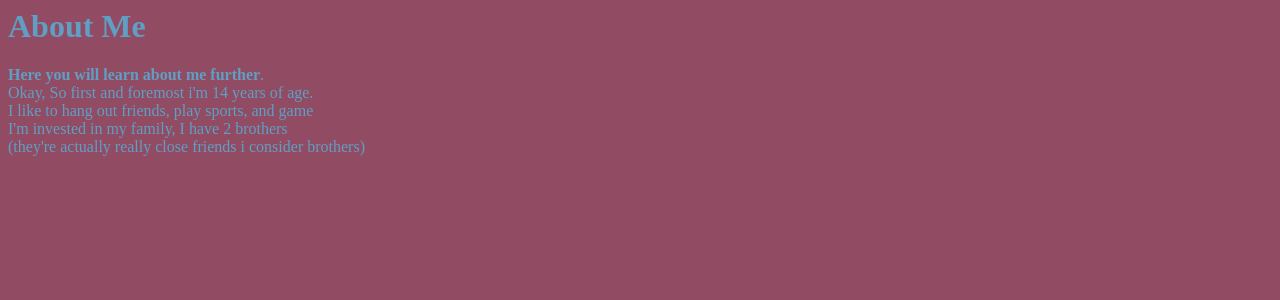
Repository: RyanGutierrez/RyanGutierrez.github.io
Page: about.html
The author's editor kept a record of every edit. The page is drawn from the files as they stood at one moment, then again after the next edit.
The browser window is 1280 px wide. The pictures show the whole page.

Above is the page before.

After the next edit:
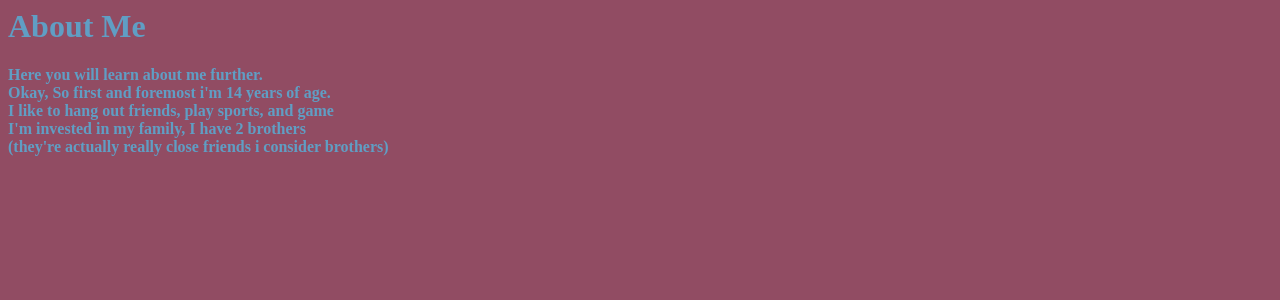
The edit:
--- a/about.html
+++ b/about.html
@@ -18,7 +18,7 @@
     </head>
     <body>
         <h1>About Me</h1>
-        <p><strong>Here you will learn about me further</strong>.<br>
+        <p><strong>Here you will learn about me further.<br>
         Okay, So first and foremost i'm 14 years of age.<br>
         I like to hang out friends, play sports, and game<br>
         I'm invested in my family, I have 2 brothers<br>
